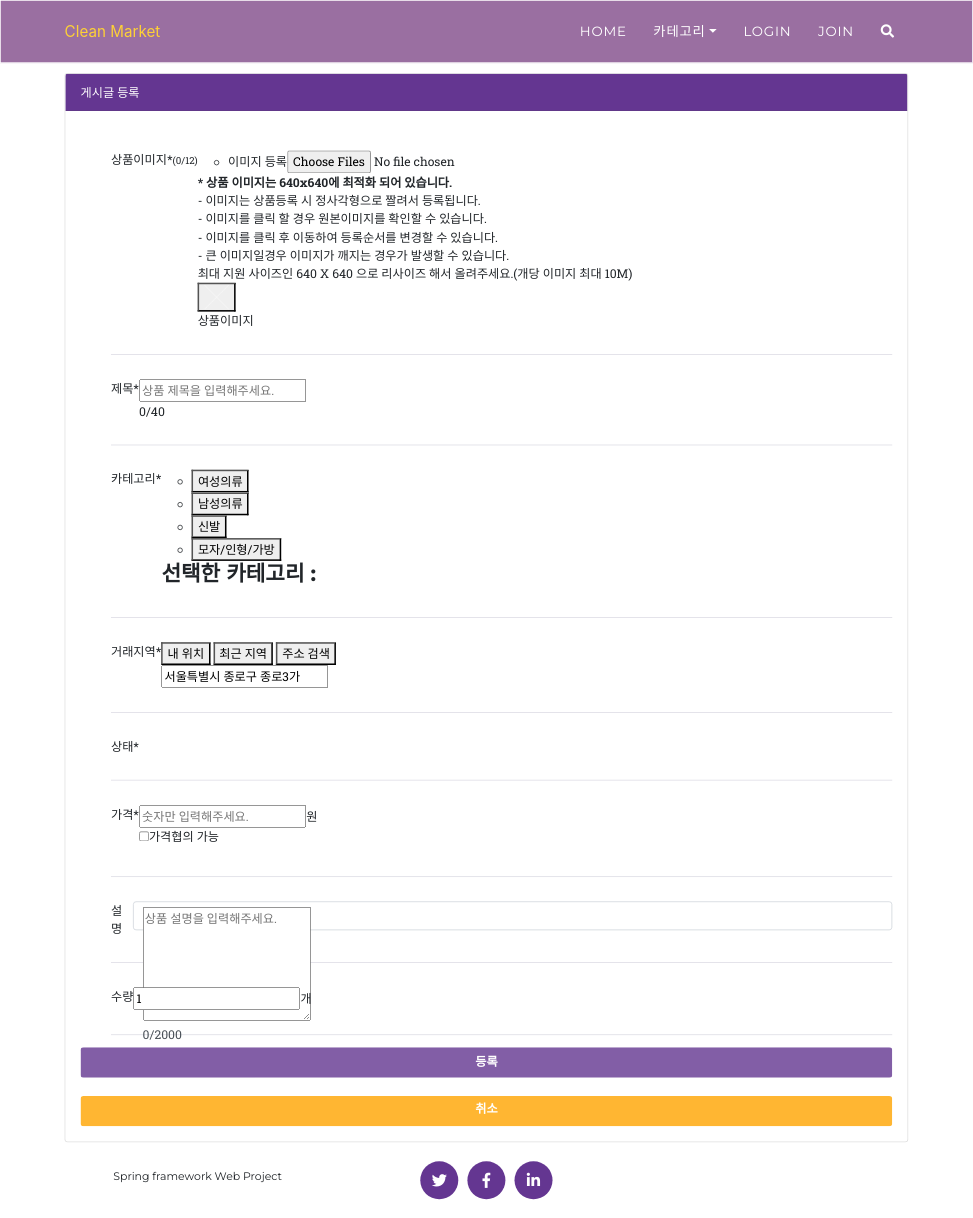
Repository: mim-mim-ji/Cleanmarket_web
Page: http://localhost/CleanMarket/WEB-INF/views/item/write.jsp
An editor plug-in stored every save of this project. The page is shown before and after the next save, followed by the edit.
The browser window is 1280 px wide. The pictures show the whole page, at 76% of full size.
Some web fonts or font styles are not loaded; a fallback is used. The page is served by Tomcat 9. Nobody is signed in. Other server files are loaded and not shown. The template is opened directly, without the code that normally fills it, so the values that code supplies are empty.

Above is the page before, as saved 2021-03-21 01:48:42.

### CleanMarket/src/main/webapp/WEB-INF/views/item/write.jsp
<%@ page language="java" contentType="text/html; charset=UTF-8"
	pageEncoding="UTF-8"%>
<%@ taglib prefix="c" uri="http://java.sun.com/jsp/jstl/core"%>
<%@ taglib prefix="fmt" uri="http://java.sun.com/jsp/jstl/fmt"%>
<jsp:include page="../include/header.jsp" />

<style>
header.masthead {
	display: none;
}

.bphXry {
	width: 100%;
	display: flex;
	padding: 2rem 0px;
	border-bottom: 1px solid rgb(220, 219, 228);
}
</style>
<br>
<br>

<div class="container">
	<div class="row">
		<div class="col-lg-12">
			<div class="card">
				<div class="card-header text-white"
					style="background-color: #643691;">게시글 등록</div>
				<div class="card-body">

					<form role="form" method="post">
						<ul class="form-group">
							<li class="sc-gxbSSY bphXry">
								<div class="form-group">
									상품이미지<span>*</span><small>(0/12)</small>
								</div>
								<div class="sc-hhaNoI buTCOV">
									<ul class="sc-gKLXLV KuQhq">
										<li class="sc-bvCTgw erFeQZ">이미지 등록<input type="file"
											accept="image/jpg, image/jpeg, image/png" multiple=""></li>

									</ul>
									<div class="sc-fjdPjP iozzGC">
										<b>* 상품 이미지는 640x640에 최적화 되어 있습니다.</b><br>- 이미지는 상품등록 시
										정사각형으로 짤려서 등록됩니다.<br>- 이미지를 클릭 할 경우 원본이미지를 확인할 수 있습니다.<br>-
										이미지를 클릭 후 이동하여 등록순서를 변경할 수 있습니다.<br>- 큰 이미지일경우 이미지가 깨지는
										경우가 발생할 수 있습니다.<br>최대 지원 사이즈인 640 X 640 으로 리사이즈 해서
										올려주세요.(개당 이미지 최대 10M)
									</div>
									<div class="sc-cIShpX RfNBn">
										<div class="sc-kAKrxA YsblG">
											<button type="button" class="sc-lhLRcH fHQqnG">
												<img
													src="data:[embedded picture, 982 characters]"
													width="34" height="32" alt="닫기 버튼 아이콘">
											</button>
											<div class="sc-jMtzgO hudRNW">
												<div class="sc-ccvjgv bGmXLy">상품이미지</div>
												<div class="sc-ccbnFN fgfXKY"></div>
												<div class="sc-hSmEHG iwDjAi"></div>
											</div>
										</div>
									</div>
								</div>
							</li>
							<li class="sc-gxbSSY bphXry"><div class="sc-bXopBW gxnpCB">
									제목<span>*</span>
								</div>
								<div class="sc-hhaNoI buTCOV">
									<div class="sc-hokXgN hcrSpf">
										<div class="sc-gneEKw dBgbVT">
											<input type="text" placeholder="상품 제목을 입력해주세요."
												class="sc-fxmata iPXQwc" value="">
										</div>
										<div class="sc-boCWhm hBajsm">0/40</div>
									</div>
								</div></li>
							<li class="sc-gxbSSY bphXry"><div class="sc-bXopBW DTAYM">
									카테고리<span>*</span>
								</div>
								<div class="sc-hhaNoI buTCOV">
									<div class="sc-hXhGGG XXBMH">
										<div class="sc-hTQSVH fXYJYf">
											<ul class="sc-dWcDbm hRPYLZ">
												<li class="sc-esExBO bmEHfy"><button type="button"
														class="sc-ctwKVn dPmldx">여성의류</button></li>
												<li class="sc-esExBO bmEHfy"><button type="button"
														class="sc-ctwKVn dPmldx">남성의류</button></li>
												<li class="sc-esExBO bmEHfy"><button type="button"
														class="sc-ctwKVn dPmldx">신발</button></li>
												<li class="sc-esExBO bmEHfy"><button type="button"
														class="sc-ctwKVn dPmldx">모자/인형/가방</button></li>
											</ul>
										</div>
									</div>
									<h3 class="sc-csZoYU ljyWET">
										선택한 카테고리 : <b></b>
									</h3>
								</div></li>
							<li class="sc-gxbSSY bphXry"><div class="sc-bXopBW gxnpCB">
									거래지역<span>*</span>
								</div>
								<div class="sc-hhaNoI buTCOV">
									<div class="sc-cIsjWt etcNyM">
										<button type="button" class="sc-hQfrgq hHQBYf">내 위치</button>
										<button type="button" class="sc-hQfrgq hHQBYf">최근 지역</button>
										<button type="button" class="sc-hQfrgq hHQBYf">주소 검색</button>
									</div>
									<input readonly="" placeholder="선호 거래 지역을 검색해주세요."
										class="sc-OnmeF jNsyep" value="서울특별시 종로구 종로3가">
								</div></li>
							<li class="sc-gxbSSY bphXry"><div class="sc-bXopBW drMtcr">
									상태<span>*</span>
								</div>
							<li class="sc-gxbSSY bphXry"><div class="sc-bXopBW gxnpCB">
									가격<span>*</span>
								</div>
								<div class="sc-hhaNoI buTCOV">
									<div class="sc-fxMfqs hGKuJO">
										<input type="text" placeholder="숫자만 입력해주세요."
											class="sc-rzOft lfkNaQ" value="">원
									</div>
									<div class="sc-eIvgmF fxEngV">
										<div class="sc-jklikK htQzEY">
											<label for="contactHope" class="sc-bkypNX gHNpNK"><input
												id="contactHope" type="checkbox">가격협의 가능</label>
										</div>
									</div>
								</div></li>
							<li class="sc-gxbSSY bphXry"><div class="sc-bXopBW edUXQu">설명</div>
								<div class="form-control">
									<textarea placeholder="상품 설명을 입력해주세요." rows="6"
										class="sc-izfUZz eEjZnV"></textarea>
									<div class="sc-eqGige gTqRab">
										<div class="sc-kUQWMX giYAKW">0/2000</div>
									</div>
								</div></li>

							<li class="sc-gxbSSY bphXry"><div class="sc-bXopBW drMtcr">수량</div>
								<div class="sc-hhaNoI buTCOV">
									<div class="sc-bCQtTp iMJgK">
										<input type="text" class="sc-dcmekm efHtaL" value="1">개
									</div>
								</div></li>
						</ul>
						<input type="submit" value="등록" class="btn form-control"
							style="background-color: #643691; margin-top: 0; height: 40px; color: white; border: 0px solid #f78f24; opacity: 0.8">
						&nbsp;&nbsp; <a class="btn form-control"
							href="<c:url value='/board/list'/>"
							style="cursor: pointer; margin-top: 0; height: 40px; color: white; background-color: orange; border: 0px solid #388E3C; opacity: 0.8">취소</a>
					</form>
				</div>
			</div>
		</div>
	</div>
</div>
<jsp:include page="../include/footer.jsp" />

### CleanMarket/src/main/webapp/WEB-INF/views/include/header.jsp
<%@ page language="java" contentType="text/html; charset=UTF-8"
	pageEncoding="UTF-8"%>
<%@ taglib prefix="c" uri="http://java.sun.com/jsp/jstl/core"%>
<!DOCTYPE html>
<html lang="ko">
<head>

<meta charset="UTF-8">
<meta content="width=device-width, initial-scale=1.0" name="viewport">
<meta content="" name="description">
<meta content="" name="keywords">

<title>CleanMarket</title>


<!-- Bootstrap core CSS -->
  <link rel="stylesheet" href="<c:url value='/vendor/bootstrap/css/bootstrap.min.css'/>">

  <!-- Custom fonts for this template -->
  <link rel="stylesheet" type="text/css" href="<c:url value='/vendor/fontawesome-free/css/all.min.css'/>" >
  <link href="https://fonts.googleapis.com/css?family=Montserrat:400,700" rel="stylesheet" type="text/css">
  <link href='https://fonts.googleapis.com/css?family=Kaushan+Script' rel='stylesheet' type='text/css'>
  <link href='https://fonts.googleapis.com/css?family=Droid+Serif:400,700,400italic,700italic' rel='stylesheet' type='text/css'>
  <link href='https://fonts.googleapis.com/css?family=Roboto+Slab:400,100,300,700' rel='stylesheet' type='text/css'>

  <!-- Custom styles for this template -->
  <link rel="stylesheet" href="<c:url value='/css/agency.min.css'/>" >

  <!-- Bootstrap core JavaScript -->
  <script src="<c:url value='/vendor/jquery/jquery.min.js'/>"></script>
  <script src="<c:url value='/vendor/bootstrap/js/bootstrap.bundle.min.js'/>"></script>


  <!-- Plugin JavaScript -->
  <script src="<c:url value='/vendor/jquery-easing/jquery.easing.min.js'/>"></script>
  <script type="text/javascript" src="https://cdn.jsdelivr.net/jquery.validation/1.16.0/jquery.validate.min.js"></script>

  <!-- Contact form JavaScript -->
  <script src="<c:url value='/js/jqBootstrapValidation.js'/>"></script>

</head>

<body id="page-top">


	<!-- Navigation -->
  <nav class="navbar navbar-expand-lg navbar-light fixed-top" id="mainNav">
    <div class="container">
      <a class="navbar-brand" href="/cleanmarket">
      	Clean Market
      </a>
      <button class="navbar-toggler navbar-toggler-right" type="button" data-toggle="collapse" data-target="#navbarResponsive">
        메뉴
        <i class="fas fa-bars"></i>
      </button>

      <div class="collapse navbar-collapse" id="navbarResponsive">
        <ul class="navbar-nav text-uppercase ml-auto">
          <li class="nav-item">
            <a class="nav-link js-scroll-trigger" href="/cleanmarket">HOME</a>
          </li>

          <li class="nav-item dropdown">
            <a class="nav-link js-scroll-trigger dropdown-toggle"  data-toggle="dropdown">카테고리</a>
            <div class="dropdown-menu" id="category-select">
		        <input type="button"  name="category" value="여성의류" class="dropdown-item dropdown-toggle" data-toggle="dropdown">

		        <input type="button"  name="category" value="남성의류" class="dropdown-item dropdown-toggle" data-toggle="dropdown">

		        <input type="button"  name="category" value="신발" class="dropdown-item dropdown-toggle" data-toggle="dropdown">

		        <input type="button"  name="category" value="모자/인형/가방" class="dropdown-item dropdown-toggle" data-toggle="dropdown">

		    </div>
          </li>
          <c:if test="${login == null}" >
          	<li class="nav-item">
            	<a class="nav-link js-scroll-trigger" href="<c:url value='/login' />">LOGIN</a>
         	</li>
          </c:if>
          <c:if test="${login == null}" >
          	<li class="nav-item">
            	<a class="nav-link js-scroll-trigger" href="<c:url value='/join_type_select' />">JOIN</a>
          	</li>
          </c:if>
          <c:if test="${login != null}" >
	          <li class="nav-item">
	            <a class="nav-link js-scroll-trigger" href="<c:url value='/mypage'/>">MYPAGE</a>
	          </li>
	          <li class="nav-item">
	            <a class="nav-link js-scroll-trigger" href="/cleanmarket/logout" onclick="return confirm('로그아웃 하시겠습니까?')">LOGOUT</a>
	          </li>
	          <li class="nav-item">
	            <a class="nav-link js-scroll-trigger" href="#">NOTICE</a>
	          </li>
	          <li class="nav-item">
          </c:if>
          <li class="nav-item">
            <a class="nav-link js-scroll-trigger" data-toggle="modal" data-target="#search"><i class="fas fa-search"></i></a>
          </li>

        </ul>
      </div>
    </div>
  </nav><br><br>

  <script>
  		$(function() {

  			//카테고리 버튼 눌렀을 때 처리
  			$("#category-select .dropdown-toggle").click(function() {
  				let category = $(this).val();
  				location.href="/cleanmarket/item/category?category=" + category;
  			});
		})

  </script>

  <%@ include file="../include/search_modal.jsp" %>

### CleanMarket/src/main/webapp/WEB-INF/views/include/search_modal.jsp
<%@ page language="java" contentType="text/html; charset=UTF-8"
	pageEncoding="UTF-8"%>
<%@ taglib prefix="c" uri="http://java.sun.com/jsp/jstl/core"%>
<%@ taglib prefix="fmt" uri="http://java.sun.com/jsp/jstl/fmt"%>

<!-- 검색 Modal-->
<div class="modal fade" id="search">
	<div class="modal-dialog">
		<div class="modal-content" >
			<form action="<c:url value='/search' />">
				<input type="text" name="keyword" placeholder="검색어를 입력하세요"
				style="width: 90%; padding-left: 10px; height: 50px"> &nbsp;
				<button type="submit" style="background: transparent; border: none">
					<i class="fas fa-search" id="search-btn" style="height: 30px; color: green; "></i>
				</button>
			</form>
		</div>
	</div>
</div>

### CleanMarket/src/main/webapp/WEB-INF/views/include/footer.jsp
<%@ page language="java" contentType="text/html; charset=UTF-8"
	pageEncoding="UTF-8"%>
<!-- Footer -->
  <footer>
    <div class="container">
      <div class="row">
        <div class="col-md-4">
          <span class="copyright">Spring framework Web Project</span>
        </div>
        <div class="col-md-4">
          <ul class="list-inline social-buttons">
            <li class="list-inline-item">
              <a href="#" style="background-color: #643691;">
                <i class="fab fa-twitter"></i>
              </a>
            </li>
            <li class="list-inline-item">
              <a href="#" style="background-color: #643691;">
                <i class="fab fa-facebook-f"></i>
              </a>
            </li>
            <li class="list-inline-item">
              <a href="#" style="background-color: #643691;">
                <i class="fab fa-linkedin-in"></i>
              </a>
            </li>
          </ul>
        </div>
      </div>
    </div>
  </footer>

<a href="#" class="back-to-top"><i class="icofont-simple-up"></i></a>

</body>
</html>

Loaded but not shown: CleanMarket/src/main/webapp/resources/css/agency.min.css (library); CleanMarket/src/main/webapp/resources/js/jqBootstrapValidation.js (937 lines, source omitted)

After the next save:
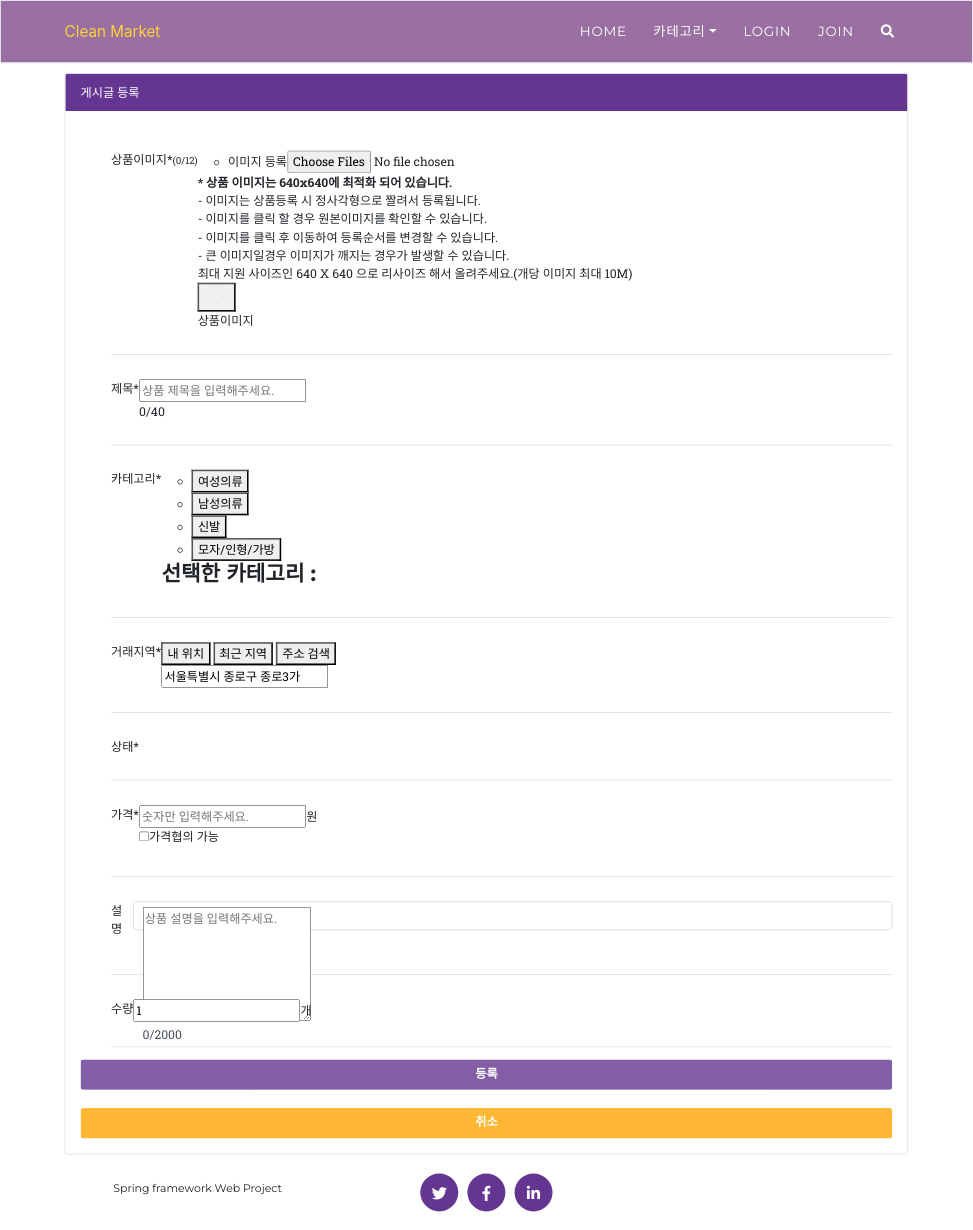
Saved 28 s later.
--- a/CleanMarket/src/main/webapp/WEB-INF/views/item/write.jsp
+++ b/CleanMarket/src/main/webapp/WEB-INF/views/item/write.jsp
@@ -126,7 +126,7 @@ header.masthead {
 										</div>
 									</div>
 								</div></li>
-							<li class="sc-gxbSSY bphXry"><div class="sc-bXopBW edUXQu">설명</div>
+							<li class="sc-gxbSSY bphXry"><div class="form-group">설명</div>
 								<div class="form-control">
 									<textarea placeholder="상품 설명을 입력해주세요." rows="6"
 										class="sc-izfUZz eEjZnV"></textarea>
